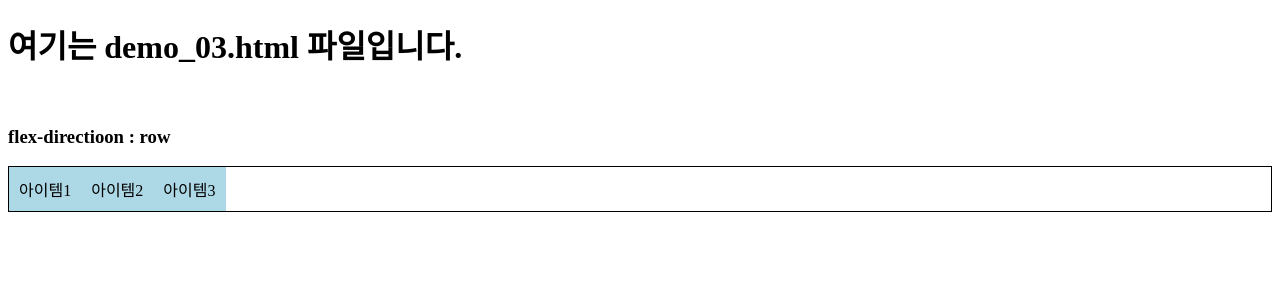
Repository: kimmingyeong225/totalJSP
Page: class_flexbox_011/src/main/webapp/demo_03.html
These files come from the project's save history. The page is drawn as it stood at one moment and after the next save; the edit follows.
The browser window is 1280 px wide. The pictures show the whole page.

Above is the page before, as saved 2024-07-01 00:50:44.

After the next save:
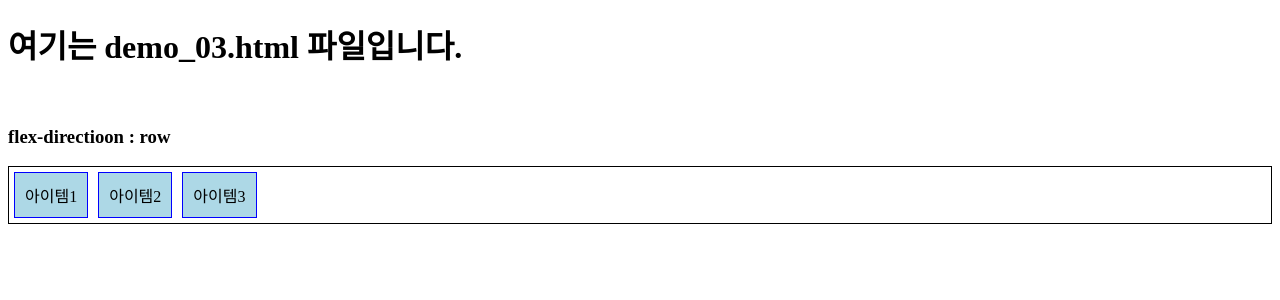
Saved 28 s later.
--- a/class_flexbox_011/src/main/webapp/demo_03.html
+++ b/class_flexbox_011/src/main/webapp/demo_03.html
@@ -13,7 +13,8 @@
 	.item {
 		background-color:  lightblue;
 		padding: 10px;
-
+		margin: 5px;
+		border: 1px solid blue;
 	}
 
 </style>
